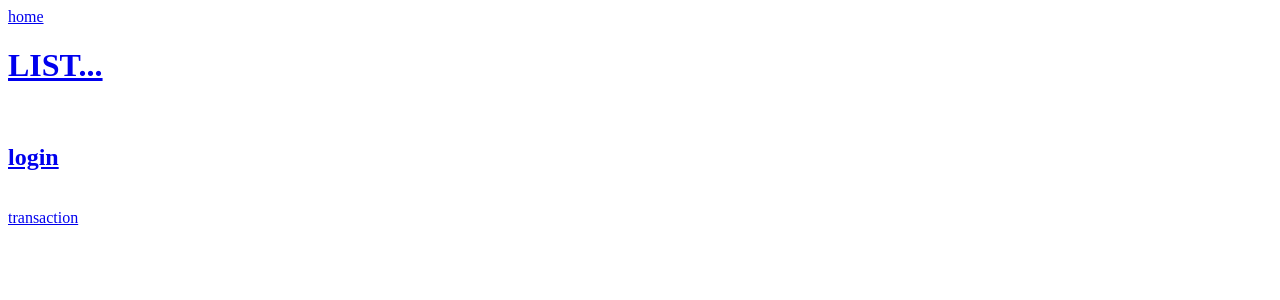
Repository: ingik/Spring
Page: SpringMVC01_filter_aop_login_interceptor_transaction_security/src/main/webapp/index.html
The author's editor kept a copy of each file at every save. The page is drawn from the files as they stood at one save, then again after the next save.
The browser window is 1280 px wide. The pictures show the whole page.

Above is the page before, as saved 2020-09-04 01:33:43.

### SpringMVC01_filter_aop_login_interceptor_transaction_security/src/main/webapp/index.html
 <!DOCTYPE html>
<html>
<head>
<meta charset="UTF-8">
<title>Insert title here</title>
</head>
<body>
	<a href = "home.do">home</a>
	<h1><a href="list.do">LIST...</a></h1>
	<br>
	<h2><a href="loginform.do">login</a></h2>
	<br>
	<a href="test.do">transaction</a>
</body>
</html>

After the next save:
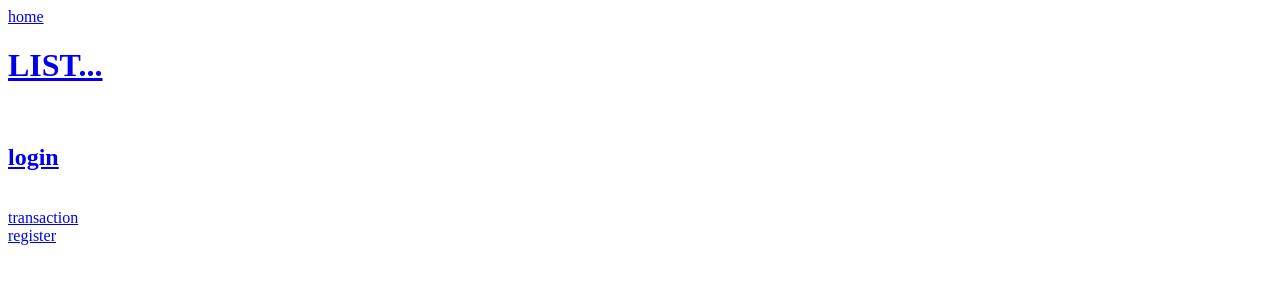
Saved 7 s later.
--- a/SpringMVC01_filter_aop_login_interceptor_transaction_security/src/main/webapp/index.html
+++ b/SpringMVC01_filter_aop_login_interceptor_transaction_security/src/main/webapp/index.html
@@ -11,5 +11,7 @@
 	<h2><a href="loginform.do">login</a></h2>
 	<br>
 	<a href="test.do">transaction</a>
+	<br>
+	<a href="registerform.do">register</a>
 </body>
 </html>
